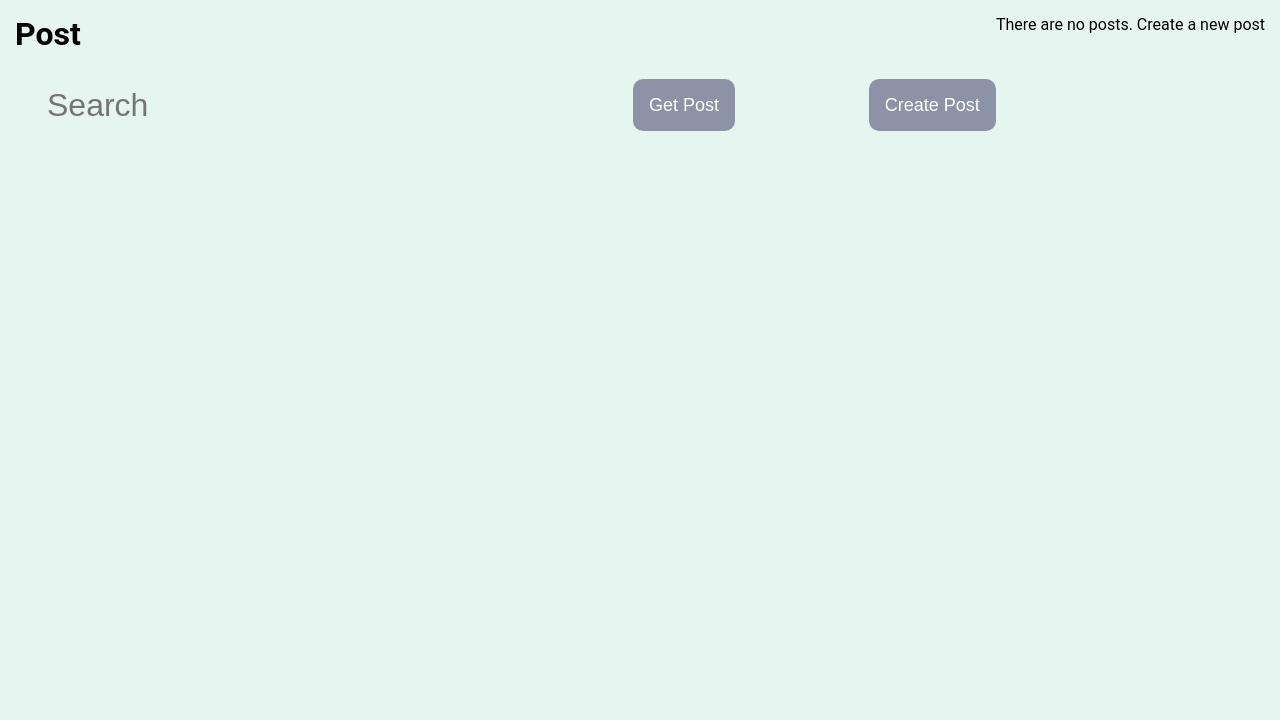
Repository: Axeliriya/vue-todo
Page: /
The author's editor kept a copy of each file at every save. The page is drawn from the files as they stood at one save, then again after the next save.
The browser window is 1280 px wide. The pictures show the whole page.
The page's requests for data from a server got no answer. The project was rebuilt for these pictures with package versions that can differ from the ones it lists, and the page was loaded fresh each time. No one was signed in, and anything a server would have sent is missing. Also part of the build but not shown: vue.config.js, src/components/PostItem.vue, src/components/PostForm.vue.

Above is the page before, as saved 2022-04-02 01:36:16.

After the next save:
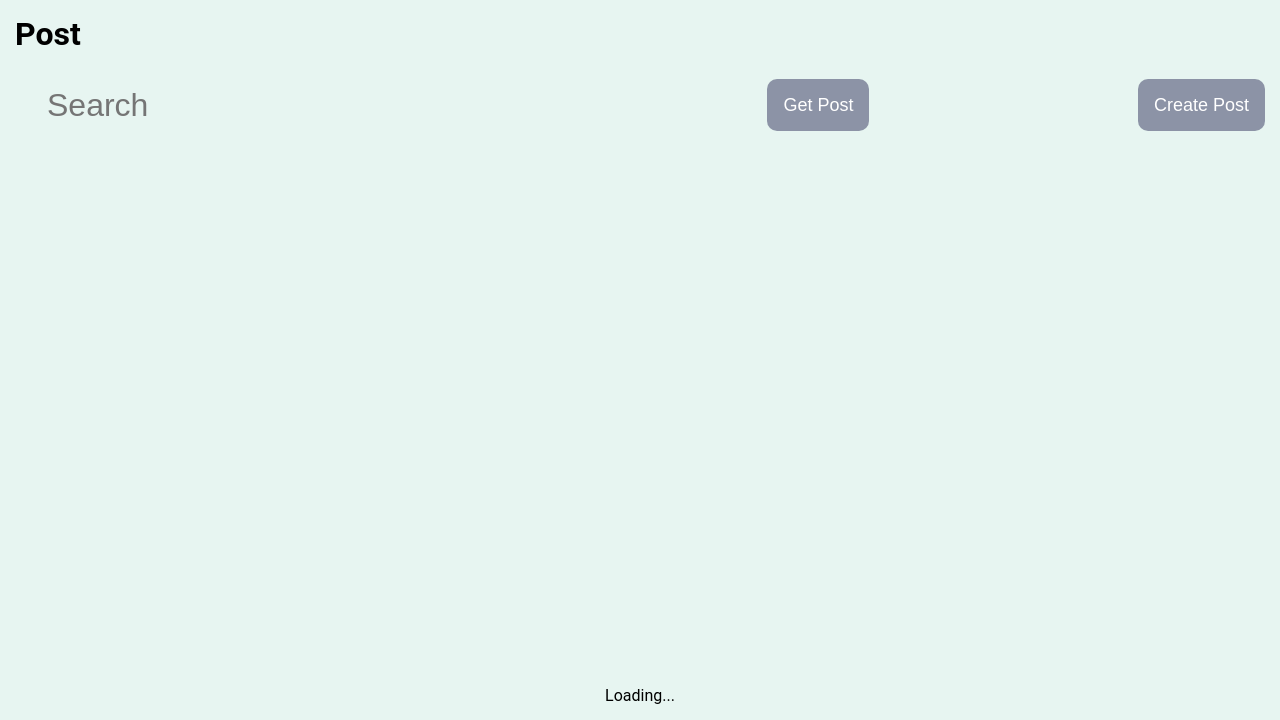
Saved 40 s later.
--- a/src/App.vue
+++ b/src/App.vue
@@ -8,7 +8,7 @@
         <custom-btn @click="showModal">Create Post</custom-btn>
       </div>
     </header>
-    <div class="loader" v-if="isLoading"><span>Loading...</span></div>
+    <div class="loader" v-if="true"><span>Loading...</span></div>
     <post-list v-else :posts="posts" @remove="removePost" />
     <custom-modal v-model:show="show"
       ><post-form v-model:show="show" @create="createPost"
